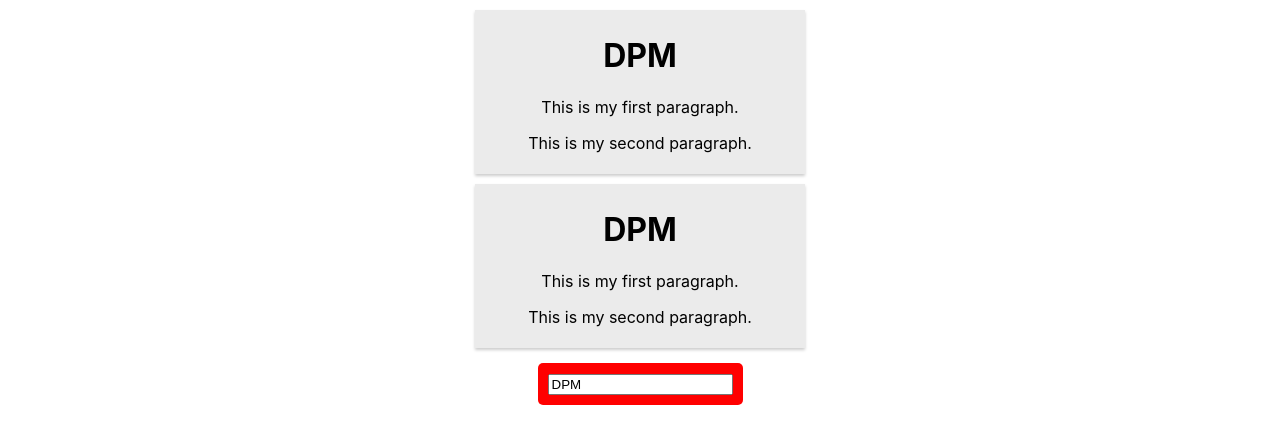
Repository: AidanHak/udemy-react-guide
Page: / (app in base-syntax--assignment-problem/)
The author's editor kept a copy of each file at every save. The page is drawn from the files as they stood at one save, then again after the next save.
The browser window is 1280 px wide. The pictures show the whole page.
The project was rebuilt for these pictures with package versions that can differ from the ones it lists, and the page was loaded fresh each time.

Above is the page before, as saved 2020-12-17 19:37:53.

### base-syntax--assignment-problem/src/App.js
import React, { Component } from 'react';
import './App.css';
import UserInput from './UserInput/UserInput';
import UserOutput from './UserOutput/UserOutput';

class App extends Component {
	state = {
		username: 'DPM'
	}

	changeUsernameHandler = (event) => {
		this.setState({
			username: event.target.value
		})
	}

	render() {
		return (
		  <div className="App">
				<UserOutput
					username={this.state.username}></UserOutput>
				<UserOutput
					username={this.state.username}></UserOutput>
				<UserInput
					username={this.state.username}
					usernameChange={this.changeUsernameHandler}></UserInput>
		  </div>
		);
	}
}

export default App;

### base-syntax--assignment-problem/src/UserInput/UserInput.js
import React from 'react';
import './UserInput.css';

const UserInput = (props) => {
	const style = {
		borderRadius:'5px',
		margin:'5px auto',
		padding:'10px'
	}

	return (
		<div className="UserInput" style={style}>
			<input type="text" value={props.username} onChange={props.usernameChange} />
		</div>
	)
}

export default UserInput;

### base-syntax--assignment-problem/src/UserOutput/UserOutput.js
import React from 'react';
import './UserOutput.css';

const UserOutput = (props) => {
	const style = {
		width: '25%',
		padding:'5px',
		margin: '10px auto',
		boxShadow: '0 2px 3px #ccc'
	}

	return (
		<div className="UserOutput" style={style}>
			<h1>{props.username}</h1>
			<p>This is my first paragraph.</p>
			<p>This is my second paragraph.</p>
		</div>
	)
}

export default UserOutput;

### base-syntax--assignment-problem/src/UserInput/UserInput.css
.UserInput {
	background-color:red;
	width:auto;
	display:inline-block;
}

### base-syntax--assignment-problem/src/UserOutput/UserOutput.css
.UserOutput {
	background-color:rgb(235, 235, 235);
}

Loaded but not shown: base-syntax--assignment-problem/public/index.html (common file); base-syntax--assignment-problem/src/index.js (common file); base-syntax--assignment-problem/src/index.css (common file); base-syntax--assignment-problem/src/reportWebVitals.js (common file); base-syntax--assignment-problem/src/App.css (common file)

After the next save:
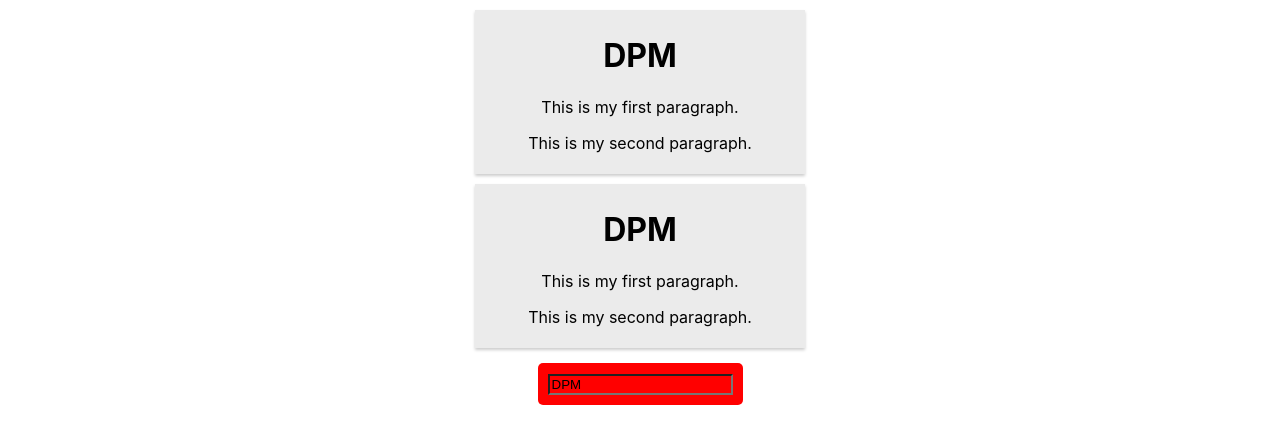
Saved 17 s later.
--- a/base-syntax--assignment-problem/src/UserInput/UserInput.css
+++ b/base-syntax--assignment-problem/src/UserInput/UserInput.css
@@ -3,3 +3,7 @@
 	width:auto;
 	display:inline-block;
 }
+
+.UserInput input {
+	background-color:red;
+}
